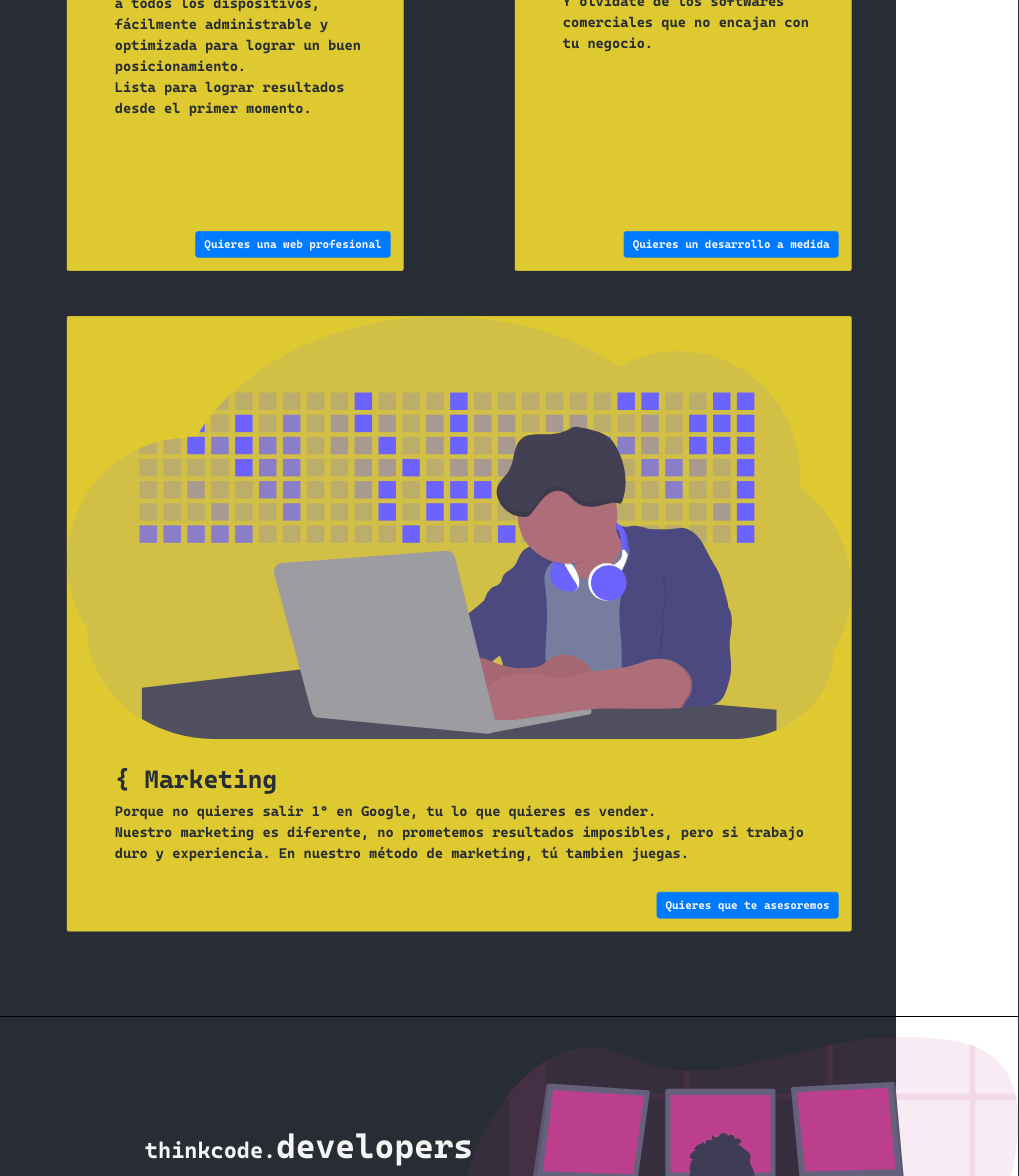
Repository: banchiec/thinkcode
Page: /
An editor plug-in stored every save of this project. The page is shown before and after a run of saves, followed by the edit.
The browser window is 1280 px wide. The page is 1455 px wide, so the pictures cover 1455 px, including what lies to the right of the window. The pictures show the part of the page from y = 1453 to 3133 px (the page is 3534 px tall), at 70% of full size.
Some web libraries are served in a nearby version. The project was rebuilt for these pictures with package versions that can differ from the ones it lists, and the page was loaded fresh each time. Also part of the build but not shown: src/components/MenuItems.js, src/components/Dropdownthink.css, src/components/Dropdownthink.js, src/components/pages/Consulting.js, src/components/pages/ContactUs.js, src/components/pages/Marketing.js, src/components/pages/Products.js, src/components/pages/Services.js and 1 more.

Above is the page before, as saved 2020-11-27 01:01:16.

After the next 2 saves:
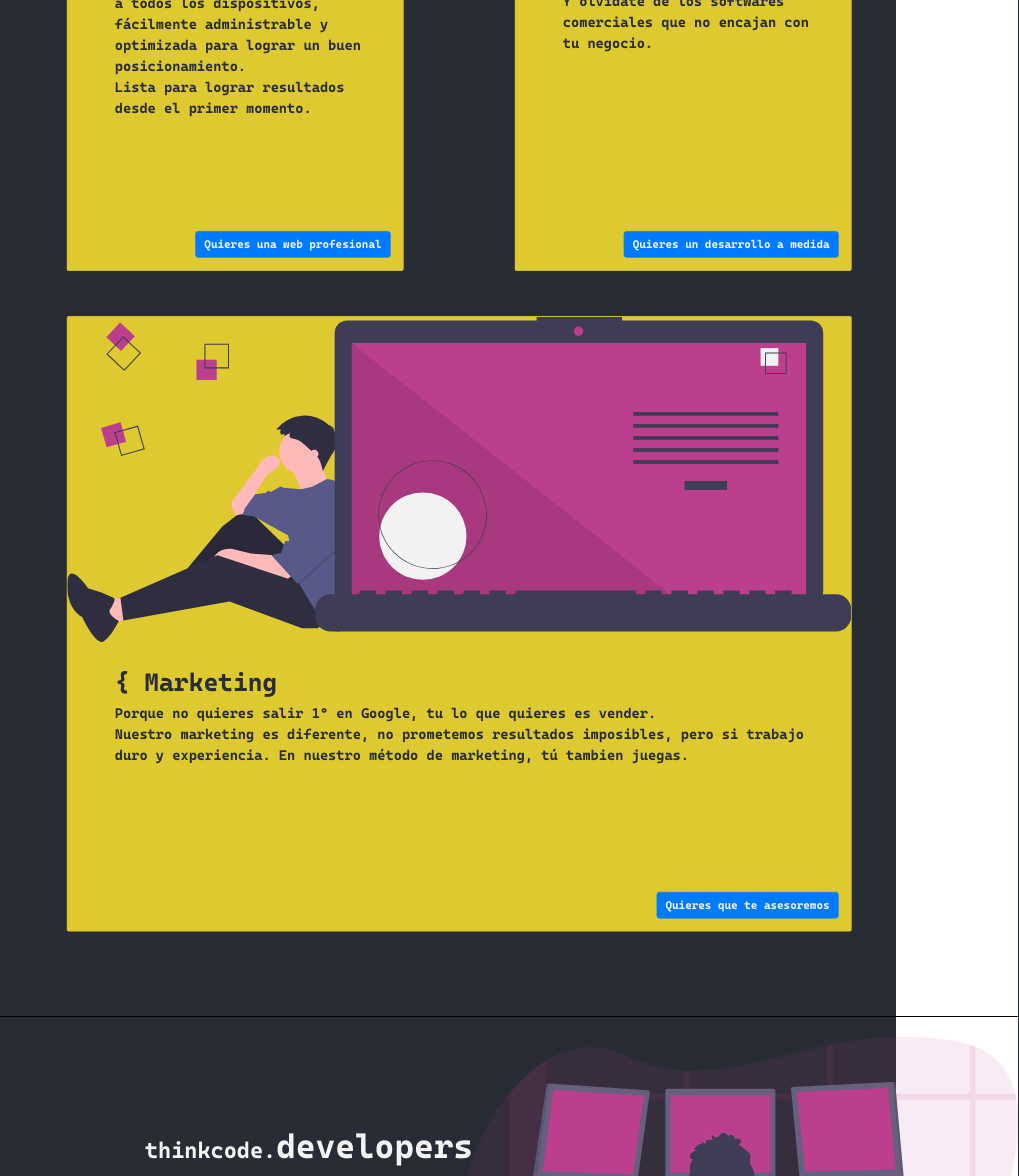
The 2 saves are shown as one change because 1 did not build or start.
The last was saved 55 s later.
--- a/src/components/pricing/Pricing.js
+++ b/src/components/pricing/Pricing.js
@@ -3,6 +3,7 @@ import React from 'react'
 import './Pricing.css'
 import imagensvg1 from '../../images/imagensvg1.svg'
 import imagensvg4 from '../../images/imagensvg4.svg'
+import imagen_code_thinking from '../../images/image_code_thinking.svg'
 import 'bootstrap/dist/css/bootstrap.min.css'
 import {Card, Container, Button, Row, Col} from 'react-bootstrap'
 
@@ -41,7 +42,7 @@ export default function Pricing() {
                 </Col>
                 <Col className="container-card">
                     <Card  className="card-pricing" >
-                        <Card.Img variant ="top" src={imagensvg4}></Card.Img>
+                        <Card.Img variant ="top" src={imagen_code_thinking}></Card.Img>
                     <Card.Body>
                         <h2 className="title-card">&#123; Marketing</h2>
                         <p className="text-card">
